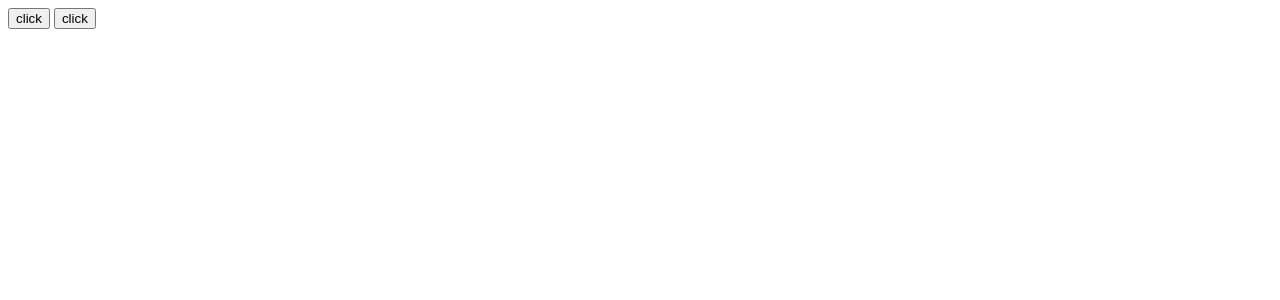
Repository: Jeong43/WebStudy
Page: JsonApp/WebContent/JsonTest01.html
These files come from the project's save history. The page is drawn as it stood at one moment and after the next save; the edit follows.
The browser window is 1280 px wide. The pictures show the whole page.

Above is the page before, as saved 2021-12-08 05:06:23.

After the next save:
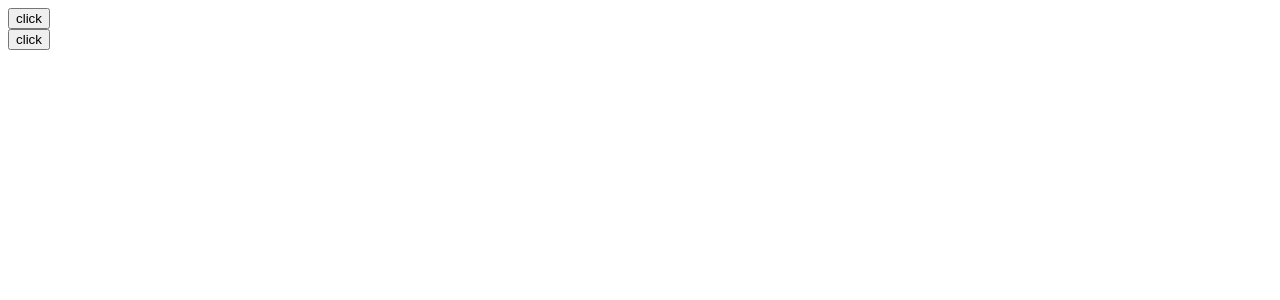
Saved 28 s later.
--- a/JsonApp/WebContent/JsonTest01.html
+++ b/JsonApp/WebContent/JsonTest01.html
@@ -16,10 +16,11 @@
 <body>
 
 	<form action="">
-		<input type="button" value="click" onclick="alert(myJsonObject)" />
+		<input type="button" value="click" onclick="alert(myJsonObject)" /> <br>
 		<!-- [object Object] -->
 
 		<input type="button" value="click" onclick="alert(typeof myJsonObject)" />
+		<!-- object -->
 	</form>
 
 </body>
